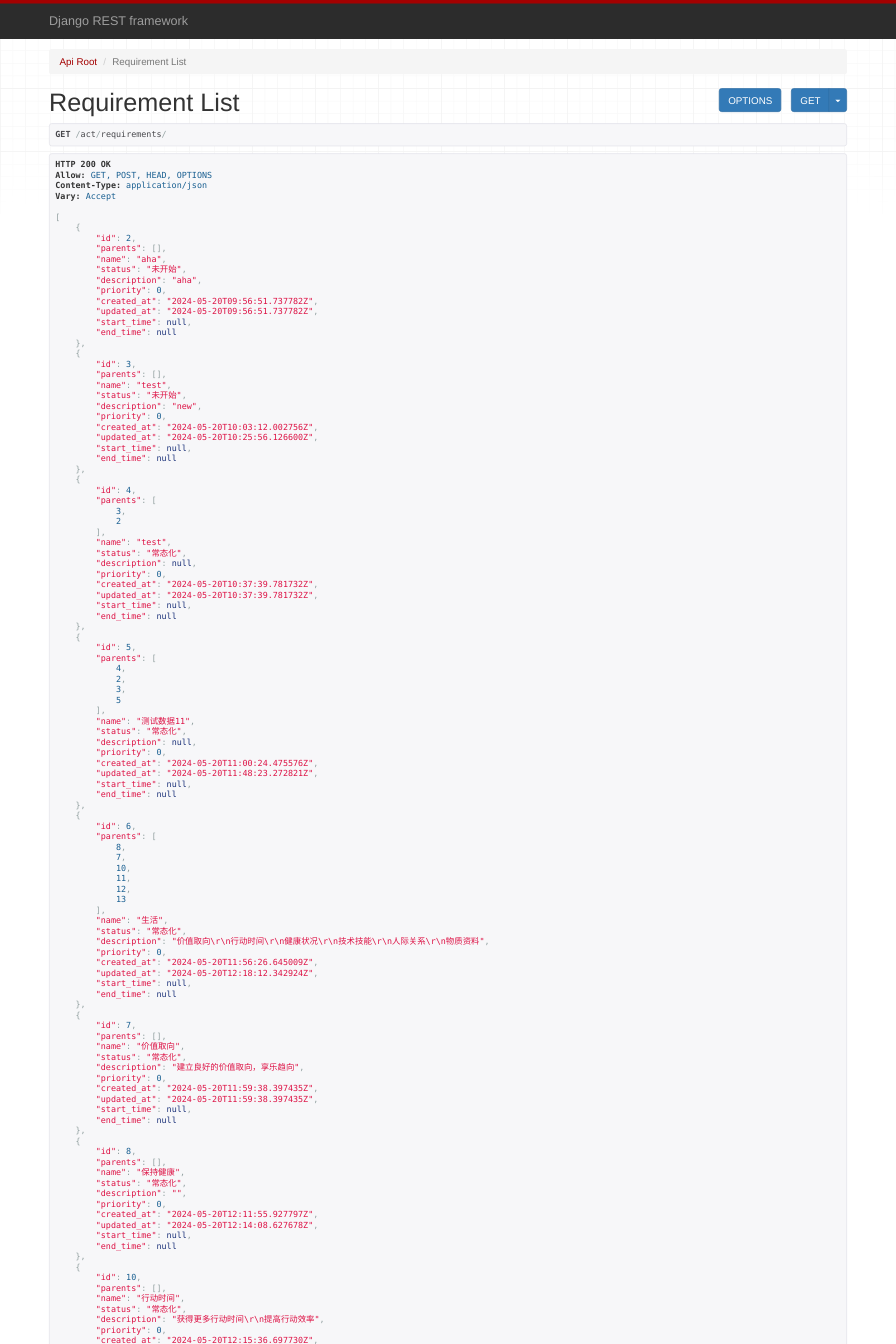
Repository: Floweroid/proj_mana
Page: http://localhost/act/requirements/
The author's editor kept a copy of each file at every save. The page is drawn from the files as they stood at one save, then again after the next save.
The browser window is 1280 px wide. The pictures show the part of the page from y = 0 to 1920 px (the page is 3249 px tall), at 70% of full size.
Backgrounds fixed to the window are drawn as part of the page. The page is served by the project's application, run on Django 4.2 (manage.py). The page reads the database file committed with the project.

Above is the page before, as saved 2024-05-20 09:22:54.

After the next save:
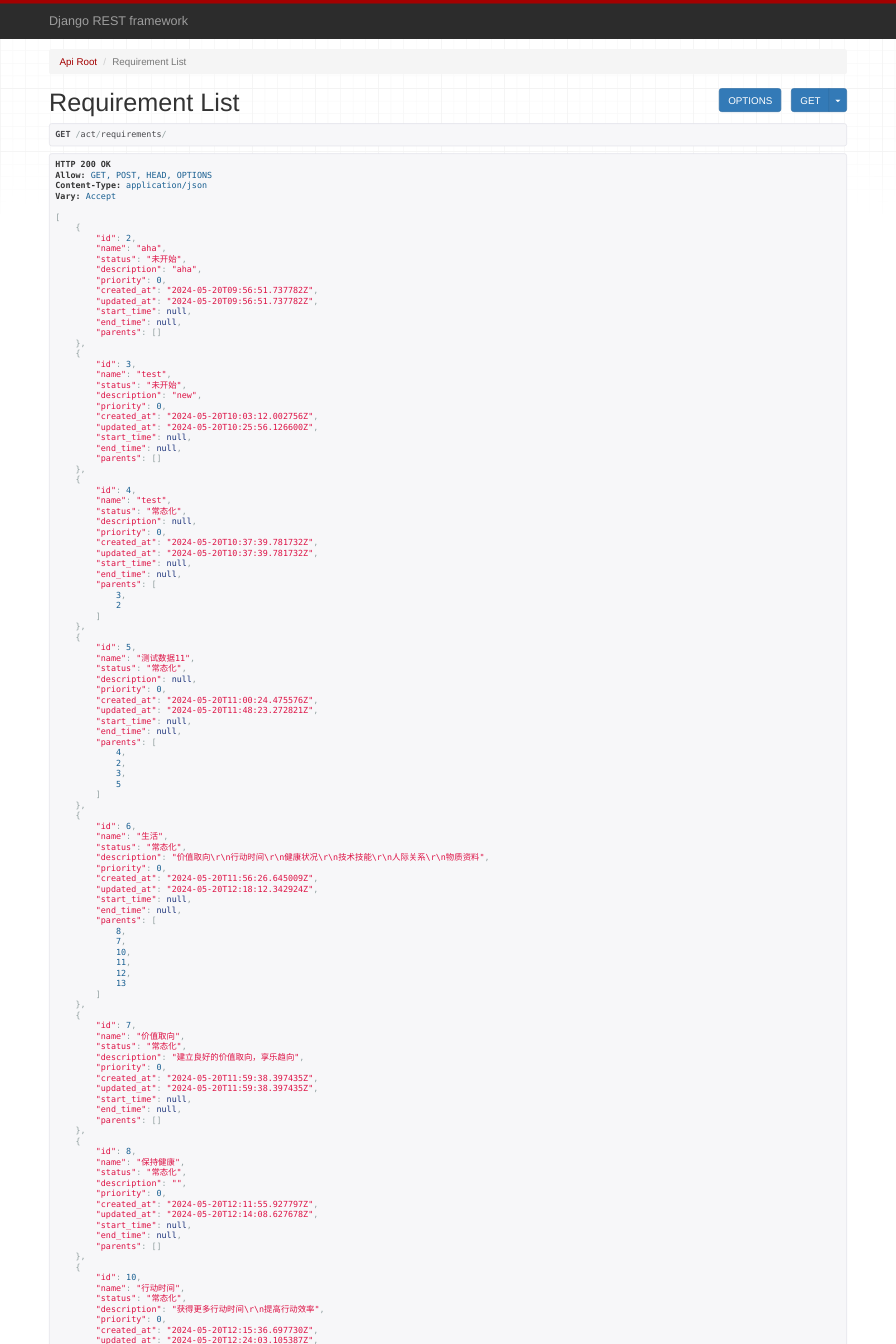
Saved 6 min 45 s later.
--- a/act/serializers.py
+++ b/act/serializers.py
@@ -9,17 +9,28 @@
         model = Note
         fields = '__all__'
 
+from rest_framework import serializers
+from .models import Requirement, RequirementRelationship
+
 class RequirementSerializer(serializers.ModelSerializer):
-    parents = serializers.PrimaryKeyRelatedField(many=True, queryset=Requirement.objects.all(), required=False)
+    parents = serializers.PrimaryKeyRelatedField(queryset=Requirement.objects.all(), many=True, required=False)
 
     class Meta:
         model = Requirement
-        fields = '__all__'
+        fields = ['id', 'name', 'status', 'description', 'priority', 'created_at', 'updated_at', 'start_time', 'end_time', 'parents']
+        read_only_fields = ['created_at', 'updated_at']
 
     def create(self, validated_data):
-        parents_data = validated_data.pop('parents', None)
+        parents = validated_data.pop('parents', [])
         requirement = Requirement.objects.create(**validated_data)
-        if parents_data:
-            for parent in parents_data:
-                RequirementRelationship.objects.create(from_requirement=parent, to_requirement=requirement)
+        for parent in parents:
+            RequirementRelationship.objects.create(from_requirement=parent, to_requirement=requirement)
         return requirement
+
+    def update(self, instance, validated_data):
+        parents = validated_data.pop('parents', None)
+        if parents is not None:
+            instance.parents.clear()
+            for parent in parents:
+                RequirementRelationship.objects.create(from_requirement=parent, to_requirement=instance)
+        return super().update(instance, validated_data)

After the save that followed:
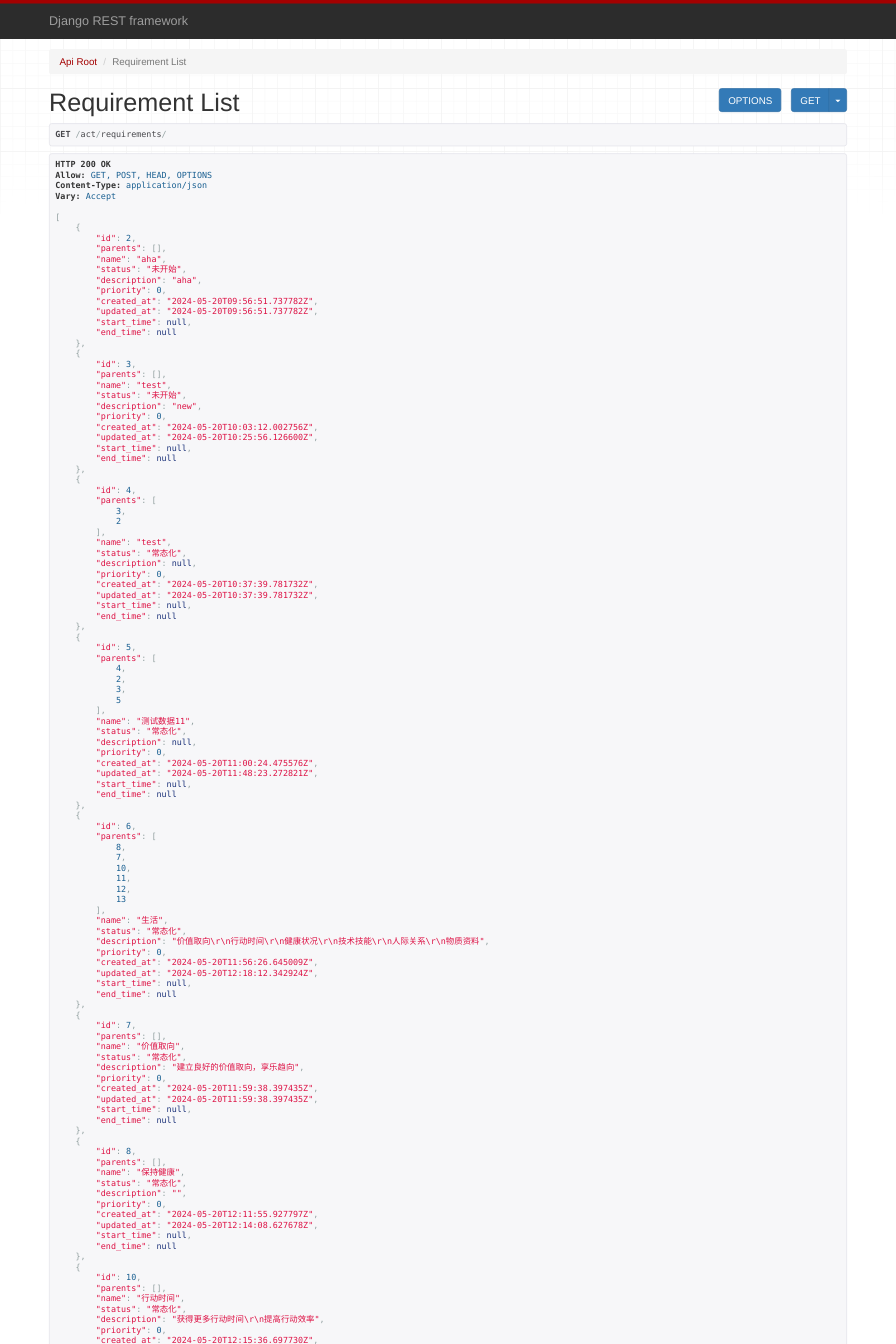
Saved 2 min 22 s later.
--- a/act/serializers.py
+++ b/act/serializers.py
@@ -9,28 +9,17 @@
         model = Note
         fields = '__all__'
 
-from rest_framework import serializers
-from .models import Requirement, RequirementRelationship
-
 class RequirementSerializer(serializers.ModelSerializer):
-    parents = serializers.PrimaryKeyRelatedField(queryset=Requirement.objects.all(), many=True, required=False)
+    parents = serializers.PrimaryKeyRelatedField(many=True, queryset=Requirement.objects.all(), required=False)
 
     class Meta:
         model = Requirement
-        fields = ['id', 'name', 'status', 'description', 'priority', 'created_at', 'updated_at', 'start_time', 'end_time', 'parents']
-        read_only_fields = ['created_at', 'updated_at']
+        fields = '__all__'
 
     def create(self, validated_data):
-        parents = validated_data.pop('parents', [])
+        parents_data = validated_data.pop('parents', None)
         requirement = Requirement.objects.create(**validated_data)
-        for parent in parents:
-            RequirementRelationship.objects.create(from_requirement=parent, to_requirement=requirement)
+        if parents_data:
+            for parent in parents_data:
+                RequirementRelationship.objects.create(from_requirement=parent, to_requirement=requirement)
         return requirement
-
-    def update(self, instance, validated_data):
-        parents = validated_data.pop('parents', None)
-        if parents is not None:
-            instance.parents.clear()
-            for parent in parents:
-                RequirementRelationship.objects.create(from_requirement=parent, to_requirement=instance)
-        return super().update(instance, validated_data)
